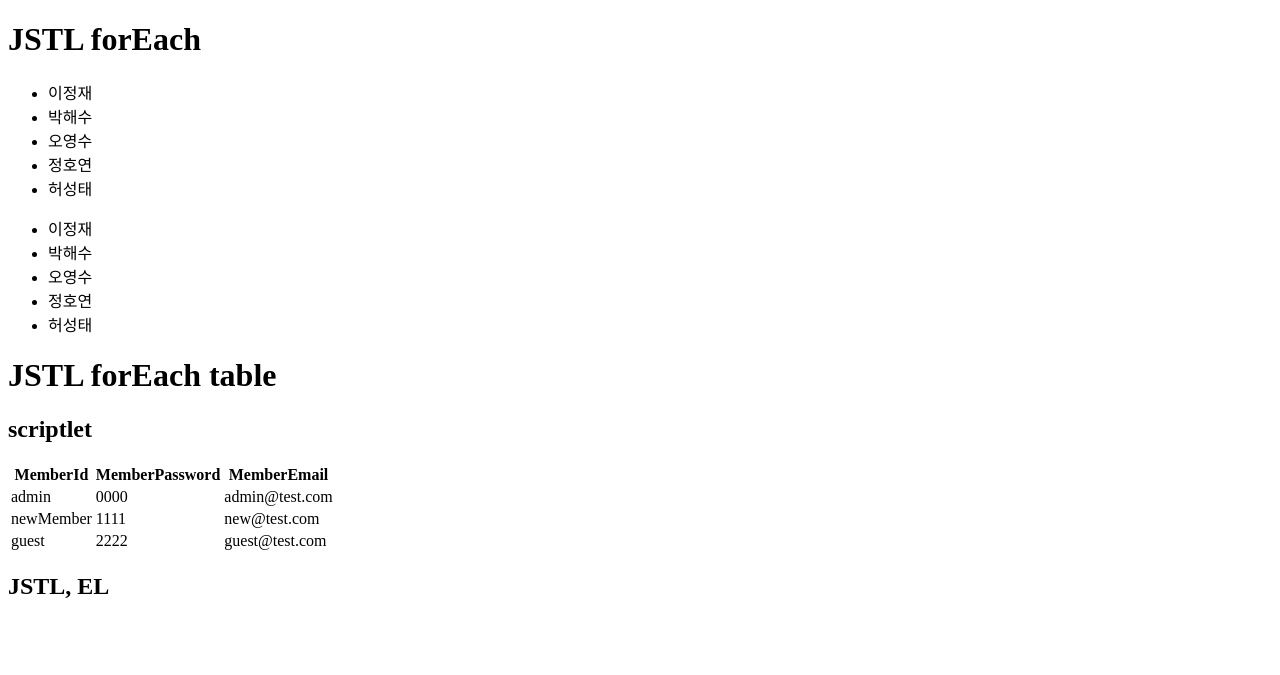
Repository: ljh5973/labweb
Page: http://localhost/JSP04/04_forEach.jsp
The author's editor kept a copy of each file at every save. The page is drawn from the files as they stood at one save, then again after the next save.
The browser window is 1280 px wide. The pictures show the whole page.
The page is served by Tomcat 9.

Above is the page before, as saved 2022-01-11 06:20:20.

After the next save:
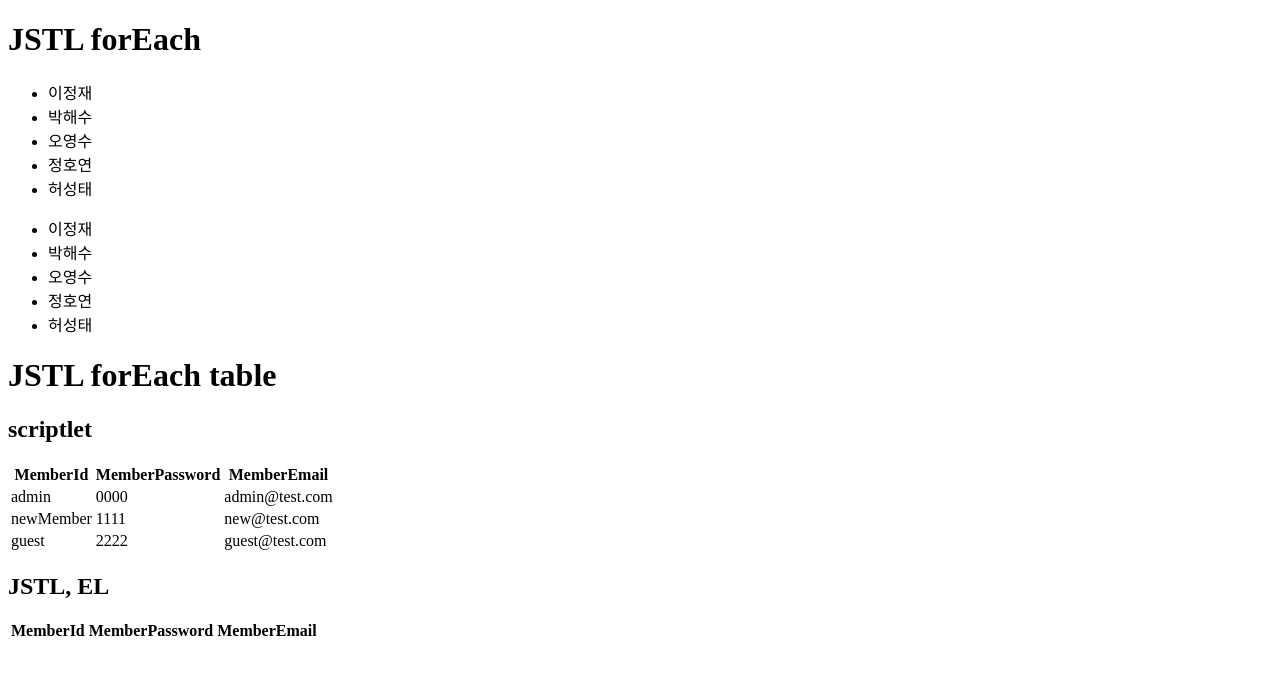
Saved 13 s later.
--- a/JSP04/webapp/04_forEach.jsp
+++ b/JSP04/webapp/04_forEach.jsp
@@ -78,5 +78,15 @@
 
 
 	<h2>JSTL, EL</h2>
+
+	<table>
+		<thead>
+		<tr>
+			<th>MemberId</th>
+			<th>MemberPassword</th>
+			<th>MemberEmail</th>
+		</tr>
+		</thead>
+	</table>
 	</body>
 </html>
